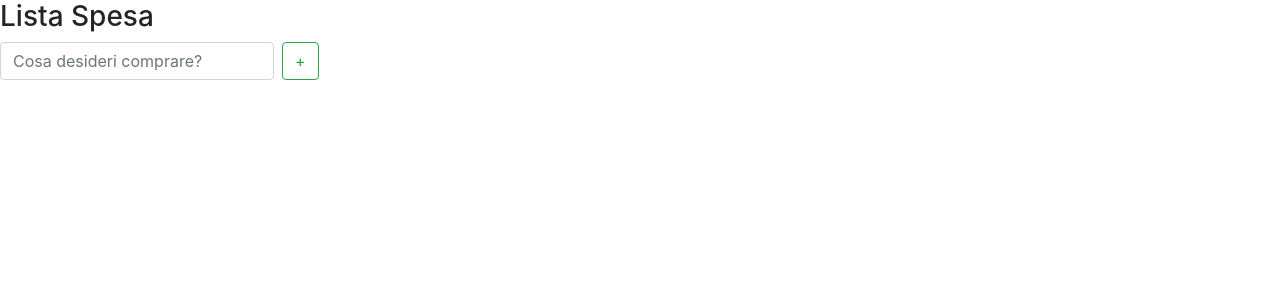
Repository: andreadipilato/TodoList
Page: /
These files come from the project's save history. The page is drawn as it stood at one moment and after the next save; the edit follows.
The browser window is 1280 px wide. The pictures show the whole page.
The project was rebuilt for these pictures with package versions that can differ from the ones it lists, and the page was loaded fresh each time. Also part of the build but not shown: src/App.css.

Above is the page before, as saved 2020-12-04 16:06:56.

After the next save:
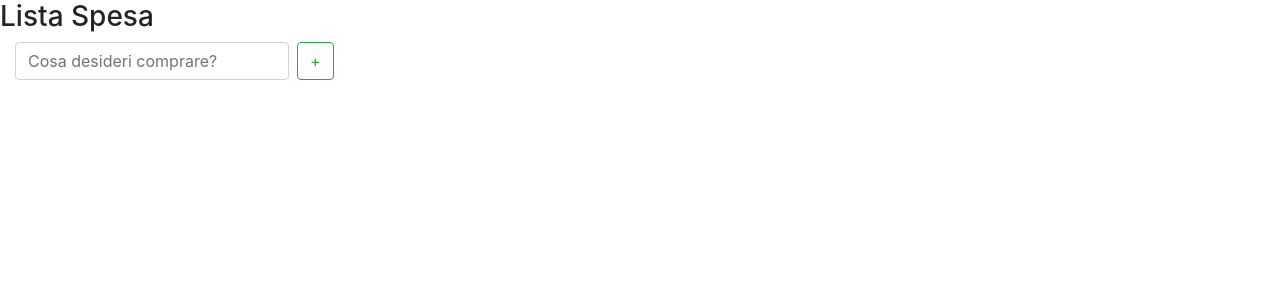
Saved 17 s later.
--- a/src/Cerca.js
+++ b/src/Cerca.js
@@ -12,7 +12,7 @@
 
     render() {
         return (
-            <div className = "row-xl-4">
+            <div className = "col-xl-4">
                 <form className = "form-inline" onSubmit = {this.addElement}>
                     <input
                         className = "form-control mr-sm-2"
